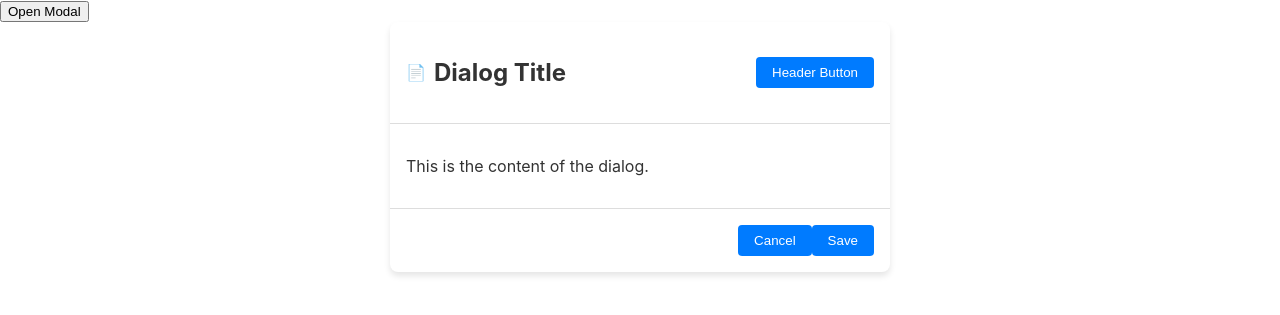
Repository: OliverKostic/dialog-app
Page: /, after clicking the first element matching `button`
An editor plug-in stored every save of this project. The page is shown before and after the next save, followed by the edit.
The browser window is 1280 px wide. The pictures show the whole page.
The project was rebuilt for these pictures with package versions that can differ from the ones it lists, and the page was loaded fresh each time.

Above is the page before, as saved 2024-11-28 12:05:11.

After the next save:
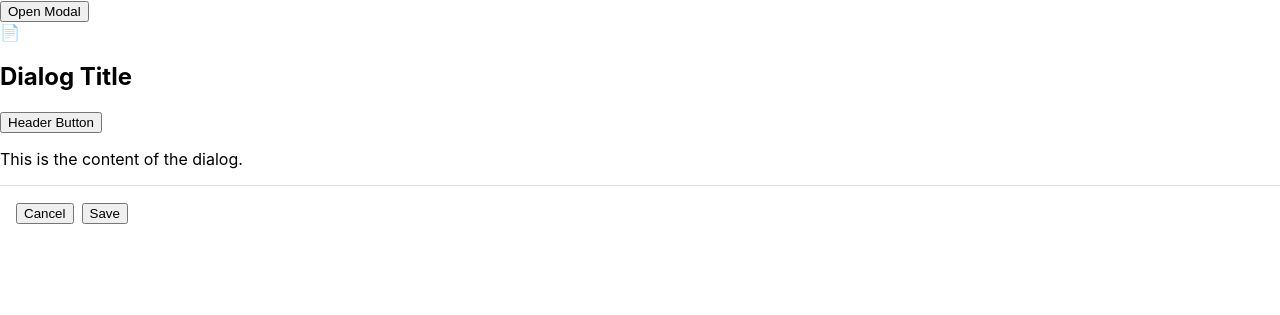
Saved 8 s later.
--- a/src/components/Modal/Modal.module.scss
+++ b/src/components/Modal/Modal.module.scss
@@ -1,76 +1,19 @@
-// Variables
-$modal-bg: #ffffff;
-$modal-shadow: 0 4px 6px rgba(0, 0, 0, 0.1);
-$primary-color: #007bff;
-$text-color: #333;
+.footer {
+    display: flex;
+    flex-direction: column; /* Stack the description and buttons */
+    align-items: flex-start;
+    gap: 8px; /* Space between description and buttons */
+    padding: 16px;
+    border-top: 1px solid #ddd;
 
-// Modal Container
-.modal {
-  width: 500px;
-  margin: 0 auto;
-  background-color: $modal-bg;
-  border-radius: 8px;
-  box-shadow: $modal-shadow;
-  overflow: hidden;
-  display: flex;
-  flex-direction: column;
-}
+    .description {
+      font-size: 14px;
+      color: #666; /* Optional: Add a lighter color for distinction */
+      margin-bottom: 4px; /* Space between description and buttons */
+    }
 
-// Header
-.header {
-  padding: 16px;
-  display: flex;
-  align-items: center;
-  justify-content: space-between;
-  border-bottom: 1px solid #ddd;
-
-  .icon {
-    margin-right: 8px;
+    .buttons {
+      display: flex;
+      gap: 8px; /* Space between buttons */
+    }
   }
-
-  h2 {
-    flex-grow: 1;
-    color: $text-color;
-  }
-
-  .buttons {
-    display: flex;
-    gap: 8px;
-  }
-}
-
-// Content
-.content {
-  padding: 16px;
-  color: $text-color;
-}
-
-// Footer
-.footer {
-  padding: 16px;
-  border-top: 1px solid #ddd;
-  display: flex;
-  justify-content: flex-end;
-  gap: 8px;
-}
-
-// Button
-.button {
-  padding: 8px 16px;
-  background-color: $primary-color;
-  color: #fff;
-  border: none;
-  border-radius: 4px;
-  cursor: pointer;
-  transition: background-color 0.3s;
-
-  &:hover {
-    background-color: darken($primary-color, 10%);
-  }
-}
-
-// Button Group
-.buttonGroup {
-  display: flex;
-  gap: 8px;
-}

After the save that followed:
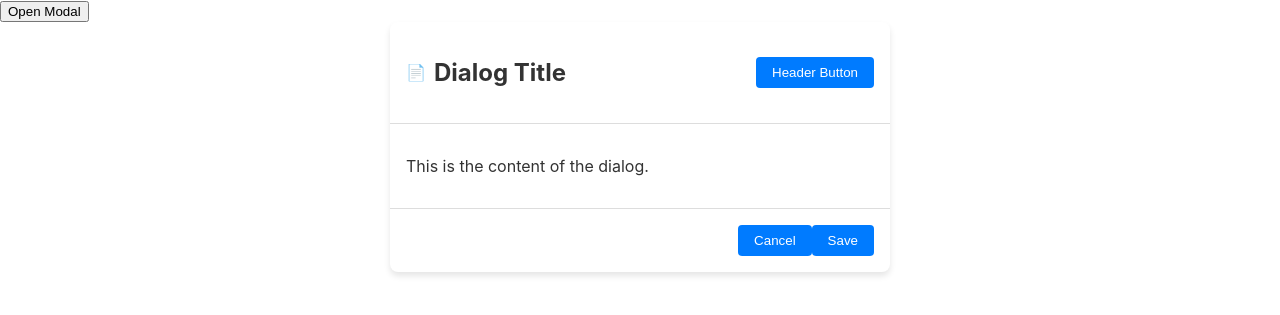
Saved 4 s later.
--- a/src/components/Modal/Modal.module.scss
+++ b/src/components/Modal/Modal.module.scss
@@ -1,19 +1,76 @@
+// Variables
+$modal-bg: #ffffff;
+$modal-shadow: 0 4px 6px rgba(0, 0, 0, 0.1);
+$primary-color: #007bff;
+$text-color: #333;
+
+// Modal Container
+.modal {
+  width: 500px;
+  margin: 0 auto;
+  background-color: $modal-bg;
+  border-radius: 8px;
+  box-shadow: $modal-shadow;
+  overflow: hidden;
+  display: flex;
+  flex-direction: column;
+}
+
+// Header
+.header {
+  padding: 16px;
+  display: flex;
+  align-items: center;
+  justify-content: space-between;
+  border-bottom: 1px solid #ddd;
+
+  .icon {
+    margin-right: 8px;
+  }
+
+  h2 {
+    flex-grow: 1;
+    color: $text-color;
+  }
+
+  .buttons {
+    display: flex;
+    gap: 8px;
+  }
+}
+
+// Content
+.content {
+  padding: 16px;
+  color: $text-color;
+}
+
+// Footer
 .footer {
-    display: flex;
-    flex-direction: column; /* Stack the description and buttons */
-    align-items: flex-start;
-    gap: 8px; /* Space between description and buttons */
-    padding: 16px;
-    border-top: 1px solid #ddd;
+  padding: 16px;
+  border-top: 1px solid #ddd;
+  display: flex;
+  justify-content: flex-end;
+  gap: 8px;
+}
 
-    .description {
-      font-size: 14px;
-      color: #666; /* Optional: Add a lighter color for distinction */
-      margin-bottom: 4px; /* Space between description and buttons */
-    }
+// Button
+.button {
+  padding: 8px 16px;
+  background-color: $primary-color;
+  color: #fff;
+  border: none;
+  border-radius: 4px;
+  cursor: pointer;
+  transition: background-color 0.3s;
 
-    .buttons {
-      display: flex;
-      gap: 8px; /* Space between buttons */
-    }
+  &:hover {
+    background-color: darken($primary-color, 10%);
   }
+}
+
+// Button Group
+.buttonGroup {
+  display: flex;
+  gap: 8px;
+}
